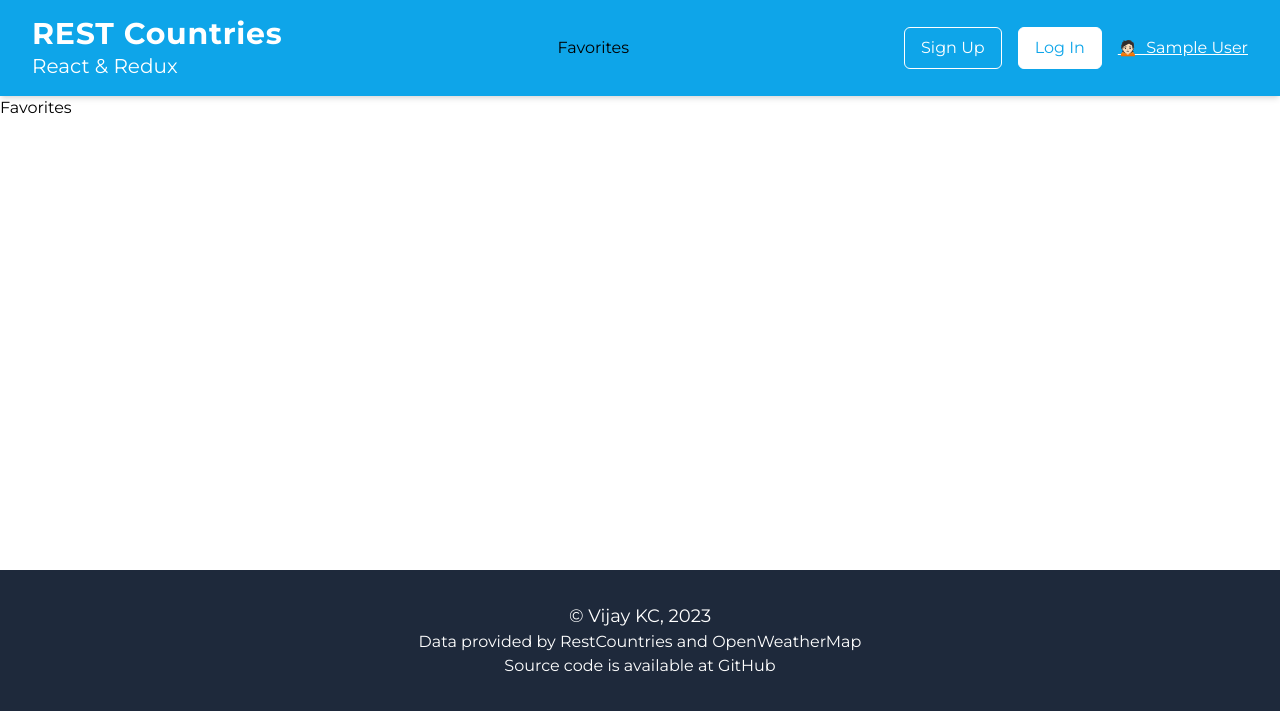
Repository: kcvijay/rest_countries_react_redux
Page: /favorites
These files come from the project's save history. The page is drawn as it stood at one moment and after the next save; the edit follows.
The browser window is 1280 px wide. The pictures show the whole page.
The project was rebuilt for these pictures with package versions that can differ from the ones it lists, and the page was loaded fresh each time. Also part of the build but not shown: src/components/Weather.jsx, src/components/SingleCountry.jsx, src/components/CountryCard.jsx, src/components/Home.jsx, src/components/NotFound.jsx.

Above is the page before, as saved 2023-03-20 20:39:39.

### public/index.html
<!DOCTYPE html>
<html lang="en">
  <head>
    <meta charset="utf-8" />
    <link rel="icon" href="%PUBLIC_URL%/favicon.ico" />
    <meta name="viewport" content="width=device-width, initial-scale=1" />
    <meta name="theme-color" content="#000000" />
    <meta
      name="description"
      content="REST Countries App created with React and Redux"
    />
    <link rel="manifest" href="%PUBLIC_URL%/manifest.json" />
    <link
      href="https://fonts.googleapis.com/icon?family=Material+Icons"
      rel="stylesheet"
    />
    <title>REST Countries App</title>

    <style>
      @import url("https://fonts.googleapis.com/css2?family=Montserrat:wght@400;700&display=swap");
    </style>
  </head>
  <body>
    <noscript>You need to enable JavaScript to run this app.</noscript>
    <div id="root"></div>
  </body>
</html>

### src/index.js
import React from "react";
import ReactDOM from "react-dom/client";
import App from "./App";
import "./index.css";

// Redux
import { store } from "./app/store";
import { Provider } from "react-redux";

const root = ReactDOM.createRoot(document.getElementById("root"));
root.render(
  <Provider store={store}>
    <App />
  </Provider>
);

### src/App.js
import React from "react";
import { BrowserRouter, Routes, Route } from "react-router-dom";

import Layout from "./pages/Layout";
import SingleCountry from "./components/SingleCountry";
import Home from "./components/Home";
import NotFound from "./components/NotFound";
import Favorites from "./components/Favorites";

const App = () => {
  return (
    <BrowserRouter>
      <Routes>
        <Route path="/" element={<Layout />}>
          <Route index element={<Home />} />
          <Route path="/favorites" element={<Favorites />} />
          <Route path="/:singlecountry" element={<SingleCountry />} />
          <Route path="*" element={<NotFound />} />
        </Route>
      </Routes>
    </BrowserRouter>
  );
};

export default App;

### src/app/store.js
import { configureStore } from "@reduxjs/toolkit";
import countriesReducer from "../features/countries/countriesSlice";
import countryReducer from "../features/countries/countriesSlice";
import weatherReducer from "../features/countries/countriesSlice";

export const store = configureStore({
  reducer: {
    countries: countriesReducer,
    country: countryReducer,
    weather: weatherReducer,
  },
});

### src/pages/Layout.jsx
import React from "react";

import Header from "../components/Header";
import Main from "../components/Main";
import Footer from "../components/Footer";

const Layout = () => {
  return (
    <div className="flex flex-col min-h-[100vh] relative">
      <Header />
      <Main />
      <Footer />
    </div>
  );
};

export default Layout;

### src/features/countries/countriesSlice.js
import { createSlice } from "@reduxjs/toolkit";
import { getWeather } from "./weatherAction";
import { showAllCountries } from "./countriesAction";
import { showSingleCountry } from "./countryAction";

const initialState = {
  loading: false,
  success: false,
  countriesData: [],
  countryData: [],
  weatherData: [],
};

export const countriesSlice = createSlice({
  name: "countries",
  initialState: initialState,
  reducers: {},

  extraReducers: (builder) => {
    builder
      .addCase(showAllCountries.pending, (state) => {
        state.loading = true;
      })
      .addCase(showAllCountries.fulfilled, (state, action) => {
        state.loading = false;
        state.countriesData = action.payload;
        state.success = true;
      })
      .addCase(showSingleCountry.pending, (state) => {
        state.loading = true;
      })
      .addCase(showSingleCountry.fulfilled, (state, action) => {
        state.loading = false;
        state.countryData = action.payload;
        state.success = true;
      })
      .addCase(getWeather.pending, (state) => {
        state.loading = true;
      })
      .addCase(getWeather.fulfilled, (state, action) => {
        state.loading = false;
        state.weatherData = action.payload;
        state.success = true;
      });
  },
});

export default countriesSlice.reducer;

### src/components/Header.jsx
import React from "react";
import { Link } from "react-router-dom";

const Header = () => {
  return (
    <header className="bg-sky-500 flex justify-between items-center py-4 px-8 flex-wrap gap-4 shadow-md sticky top-0 z-999">
      <div>
        <Link to="/">
          <h1 className="text-3xl text-white space-2 font-bold tracking-wide">
            REST Countries
          </h1>
          <p className="text-xl text-white">React & Redux</p>
        </Link>
      </div>

      <div>
        <Link to="/favorites">Favorites</Link>
      </div>
      <div className="flex justify-center items-center gap-4">
        <div>
          <button className="border border-white py-2 px-4 text-white rounded-md mr-4 hover:bg-white hover:text-sky-500 duration-300">
            Sign Up
          </button>
          <button className="border bg-white border-white py-2 px-4 text-sky-500 rounded-md  hover:bg-sky-500 hover:text-white duration-300">
            Log In
          </button>
        </div>
        <p className="text-white underline">🙍🏻 &nbsp;Sample User</p>
      </div>
    </header>
  );
};

export default Header;

### src/components/Main.jsx
import React from "react";

import { Outlet } from "react-router-dom";

const Main = () => {
  return (
    <div className="flex-1">
      <Outlet />
    </div>
  );
};

export default Main;

### src/components/Footer.jsx
import React from "react";
import { Link } from "react-router-dom";

const Footer = () => {
  const date = new Date();
  const year = date.getFullYear();
  return (
    <div className="min-h-[150px] text-center bg-slate-800 text-white py-8">
      <p className="text-lg">&copy; Vijay KC, {year}</p>
      <p>
        Data provided by{" "}
        <Link
          className="hover:underline"
          to="https://restcountries.com"
          target="_blank noreferer"
        >
          RestCountries
        </Link>{" "}
        and{" "}
        <Link
          className="hover:underline"
          to="https://openweatermap.org"
          target="_blank noreferer"
        >
          OpenWeatherMap
        </Link>
      </p>
      <p>
        Source code is available at{" "}
        <Link
          className="hover:underline"
          to="https://github.com"
          target="_blank noreferer"
        >
          GitHub
        </Link>
      </p>
    </div>
  );
};

export default Footer;

### src/features/countries/countryAction.js
import axios from "axios";
import { createAsyncThunk } from "@reduxjs/toolkit";

// For single country

export const showSingleCountry = createAsyncThunk(
  "countries/showAll",
  async (code) => {
    const response = await axios.get(
      `https://restcountries.com/v3.1/alpha/${code}`
    );
    return response.data;
  }
);

### src/features/countries/weatherAction.js
import axios from "axios";
import { createAsyncThunk } from "@reduxjs/toolkit";

export const getWeather = createAsyncThunk(
  "getWeather/city",
  async (city, id) => {
    // const response =
    //   // await axios.get`https://api.openweathermap.org/data/2.5/weather?q=${city}&appid=${id}`;
    // return response.data;
  }
);

### src/features/countries/countriesAction.js
import axios from "axios";
import { createAsyncThunk } from "@reduxjs/toolkit";

// All countries

export const showAllCountries = createAsyncThunk(
  "countries/showOne",
  async () => {
    const response = await axios.get(`https://restcountries.com/v3.1/all`, {});
    return response.data;
  }
);

### tailwind.config.js
/** @type {import('tailwindcss').Config} */
module.exports = {
  content: ["./src/**/*.{js,jsx,ts,tsx}"],
  theme: {
    fontFamily: {
      sans: ["Montserrat, sans-serif"],
    },
    extend: {},
  },
  plugins: [],
};

Loaded but not shown: src/index.css (common file); src/components/Favorites.jsx (common file)

After the next save:
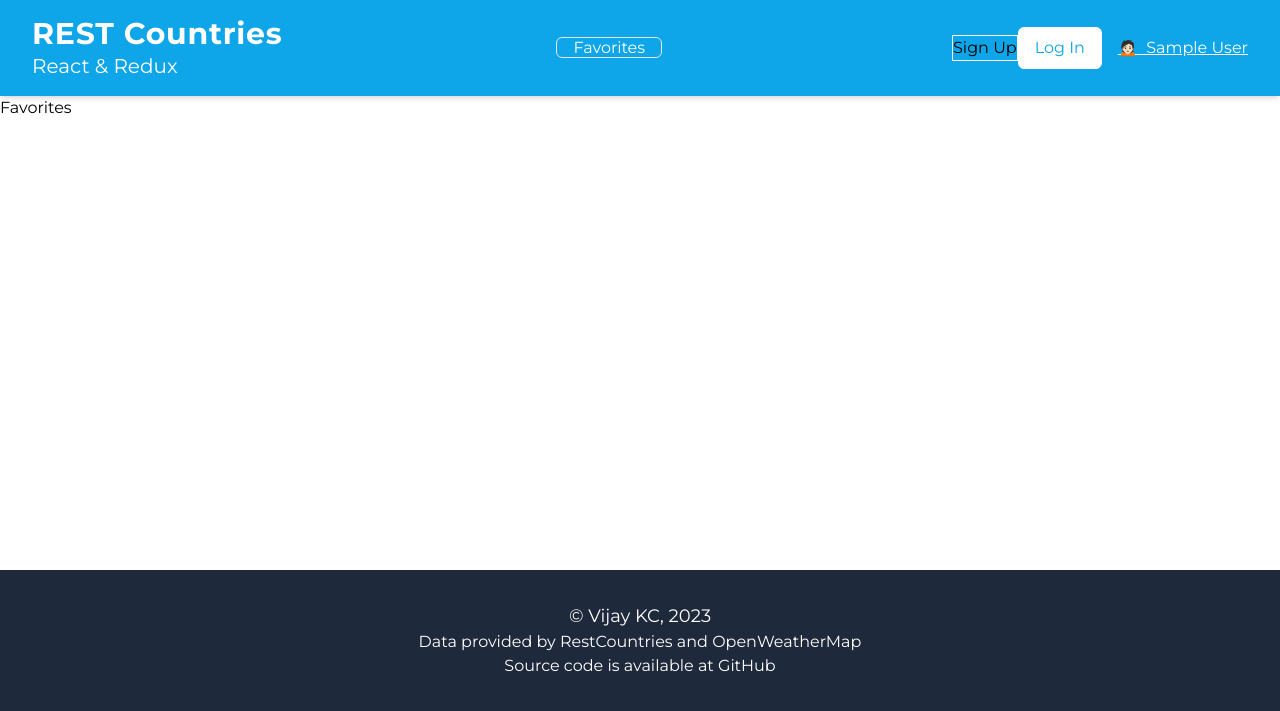
Saved 49 s later.
--- a/src/components/Header.jsx
+++ b/src/components/Header.jsx
@@ -14,13 +14,16 @@ const Header = () => {
       </div>
 
       <div>
-        <Link to="/favorites">Favorites</Link>
+        <Link
+          to="/favorites"
+          className="border border-whitepy-2 px-4 text-white rounded-md mr-4 hover:bg-white hover:text-sky-500 duration-300"
+        >
+          Favorites
+        </Link>
       </div>
       <div className="flex justify-center items-center gap-4">
         <div>
-          <button className="border border-white py-2 px-4 text-white rounded-md mr-4 hover:bg-white hover:text-sky-500 duration-300">
-            Sign Up
-          </button>
+          <button className="border border-white ">Sign Up</button>
           <button className="border bg-white border-white py-2 px-4 text-sky-500 rounded-md  hover:bg-sky-500 hover:text-white duration-300">
             Log In
           </button>
